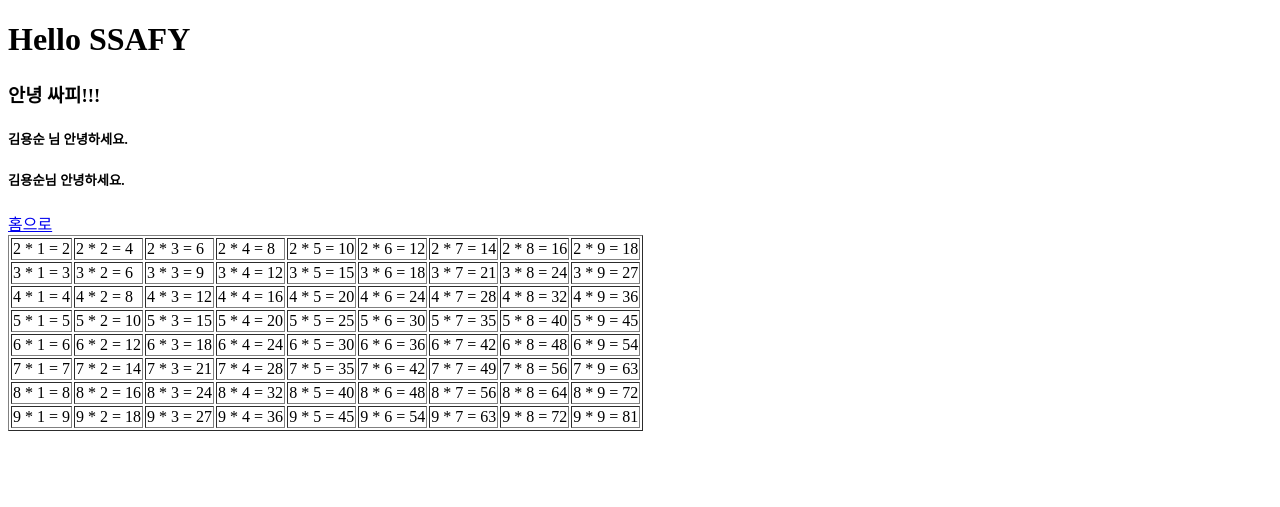
Repository: s00ngle/SSAFY-BE
Page: http://localhost/basic_jsp/hello.jsp
An editor plug-in stored every save of this project. The page is shown before and after the next save, followed by the edit.
The browser window is 1280 px wide. The pictures show the whole page.
The page is served by Tomcat 10.

Above is the page before, as saved 2024-09-24 01:44:34.

After the next save:
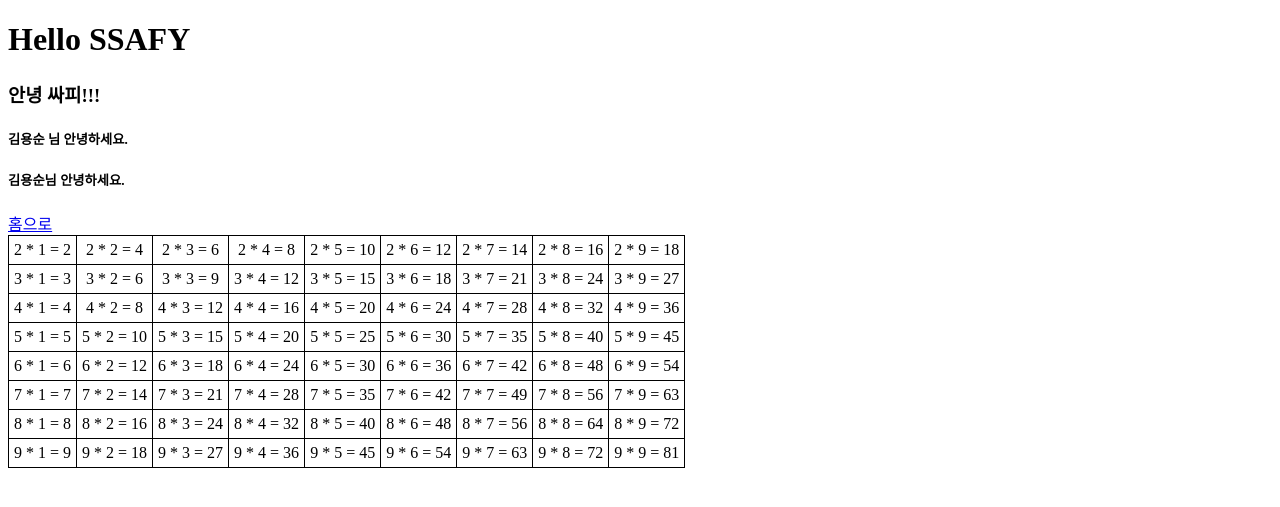
Saved 7 s later.
--- a/basic_jsp/src/main/webapp/hello.jsp
+++ b/basic_jsp/src/main/webapp/hello.jsp
@@ -9,7 +9,17 @@
 <html>
 <head>
 <meta charset="UTF-8">
-<title>Insert title here</title>
+<title>구구단</title>
+<style>
+    table {
+        border-collapse: collapse;
+    }
+    th, td {
+        border: 1px solid black;
+        padding: 5px;
+        text-align: center;
+    }
+</style>
 </head>
 <body>
 	<h1>Hello SSAFY</h1>
@@ -18,16 +28,16 @@
 	<h5><%= name %>님 안녕하세요.</h5>
 	<a href="/basic_jsp/index.jsp">홈으로</a></br>
 
-	<table border="1">
-	<%
-		for (int i = 2; i < 10; i++) {
-			out.println("<tr>");
-			for (int j = 1; j < 10; j++) {
-				out.println("<td>" + i + " * " + j + " = " + (i * j) + "</td>");
+	<table>
+		<%
+			for (int i = 2; i < 10; i++) {
+				out.println("<tr>");
+				for (int j = 1; j < 10; j++) {
+					out.println("<td>" + i + " * " + j + " = " + (i * j) + "</td>");
+				}
+				out.println("</tr>");
 			}
-			out.println("</tr>");
-		}
-	%>
+		%>
 	</table>
 </body>
 </html>

After the save that followed:
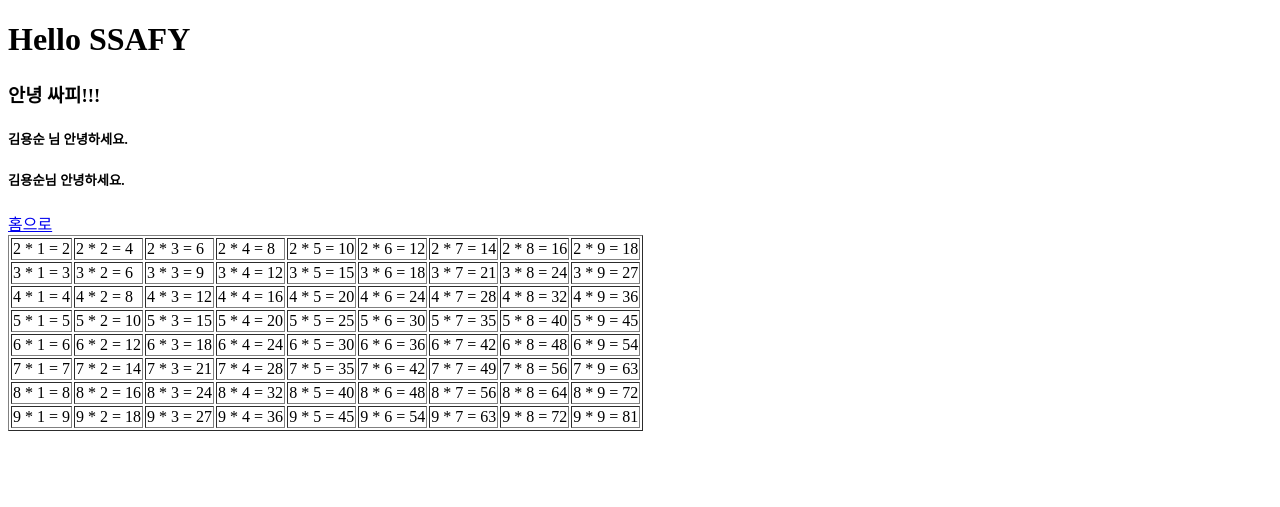
Saved 7 s later.
--- a/basic_jsp/src/main/webapp/hello.jsp
+++ b/basic_jsp/src/main/webapp/hello.jsp
@@ -9,17 +9,7 @@
 <html>
 <head>
 <meta charset="UTF-8">
-<title>구구단</title>
-<style>
-    table {
-        border-collapse: collapse;
-    }
-    th, td {
-        border: 1px solid black;
-        padding: 5px;
-        text-align: center;
-    }
-</style>
+<title>Insert title here</title>
 </head>
 <body>
 	<h1>Hello SSAFY</h1>
@@ -28,16 +18,16 @@
 	<h5><%= name %>님 안녕하세요.</h5>
 	<a href="/basic_jsp/index.jsp">홈으로</a></br>
 
-	<table>
-		<%
-			for (int i = 2; i < 10; i++) {
-				out.println("<tr>");
-				for (int j = 1; j < 10; j++) {
-					out.println("<td>" + i + " * " + j + " = " + (i * j) + "</td>");
-				}
-				out.println("</tr>");
+	<table border="1">
+	<%
+		for (int i = 2; i < 10; i++) {
+			out.println("<tr>");
+			for (int j = 1; j < 10; j++) {
+				out.println("<td>" + i + " * " + j + " = " + (i * j) + "</td>");
 			}
-		%>
+			out.println("</tr>");
+		}
+	%>
 	</table>
 </body>
 </html>
